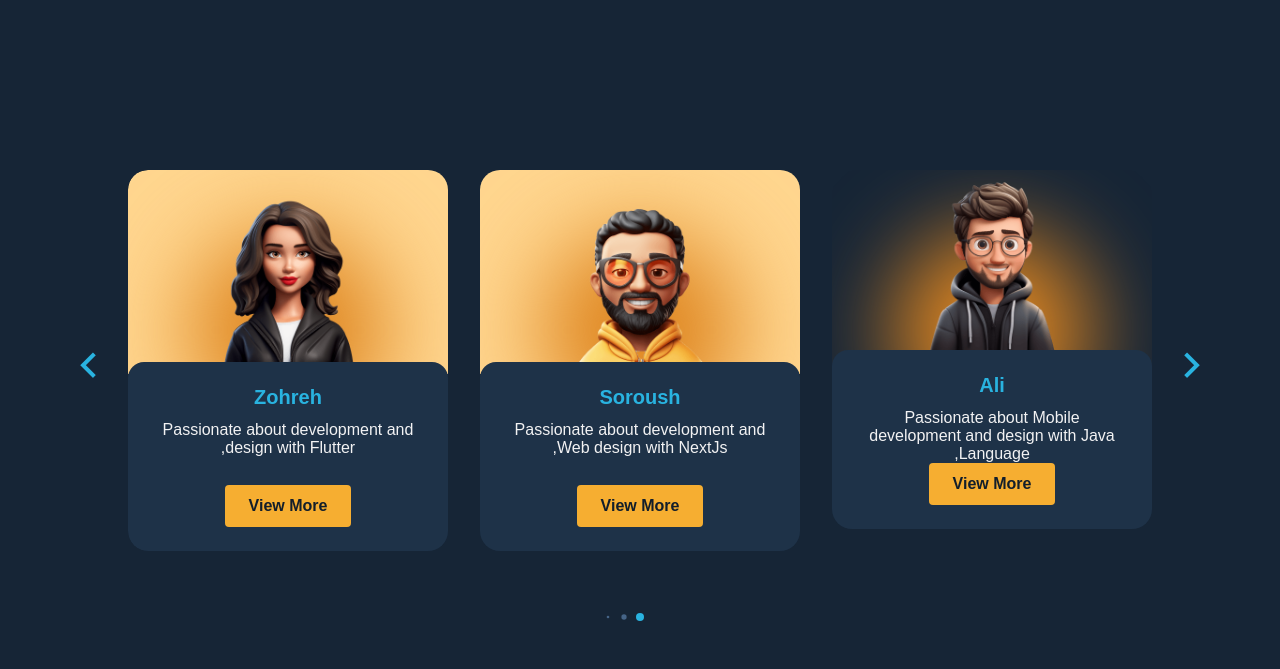
Repository: soroush-g/Card-Slider
Page: index.html
The author's editor kept a copy of each file at every save. The page is drawn from the files as they stood at one save, then again after the next save.
The browser window is 1280 px wide. The pictures show the whole page.
Some web fonts or font styles are not loaded; a fallback is used.

Above is the page before, as saved 2024-07-22 11:18:16.

After the next save:
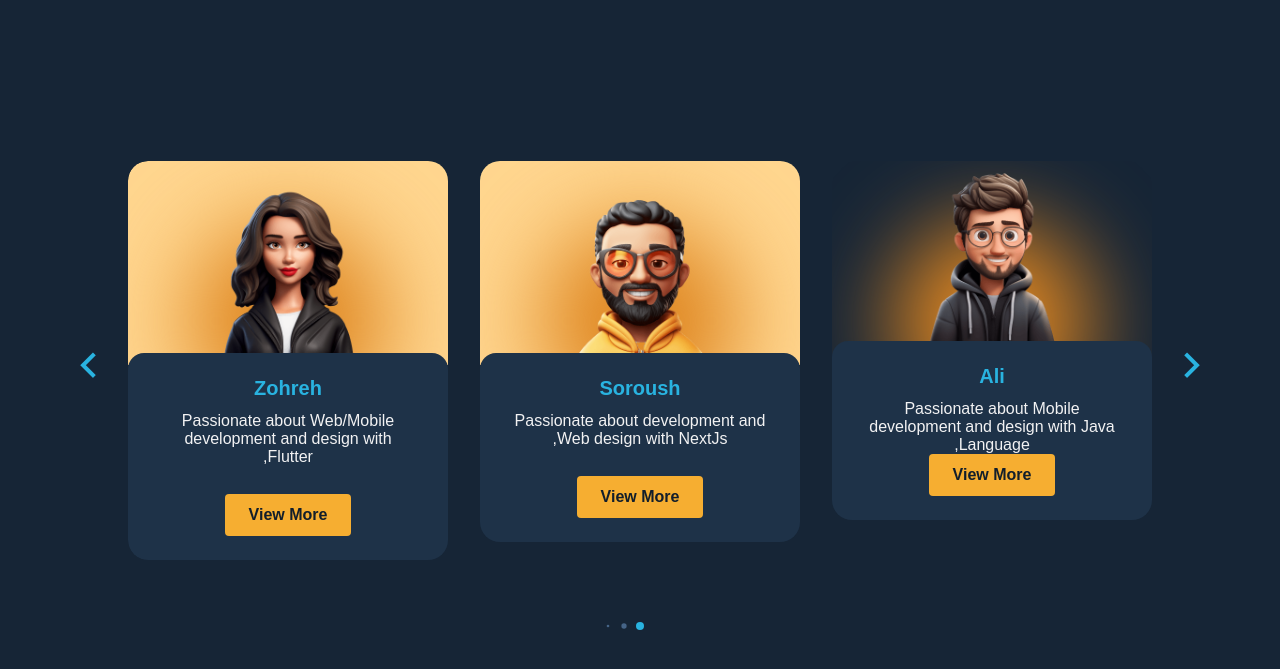
Saved 5 s later.
--- a/index.html
+++ b/index.html
@@ -59,7 +59,7 @@
                         <div class="card__data">
                             <h3 class="card__name">Zohreh</h3>
                             <p class="card__description">
-                               Passionate about development and design with Flutter,
+                               Passionate about  Web/Mobile development and design with Flutter,
                             </p>
 
                             <a href="#" class="card__button">View More</a>
